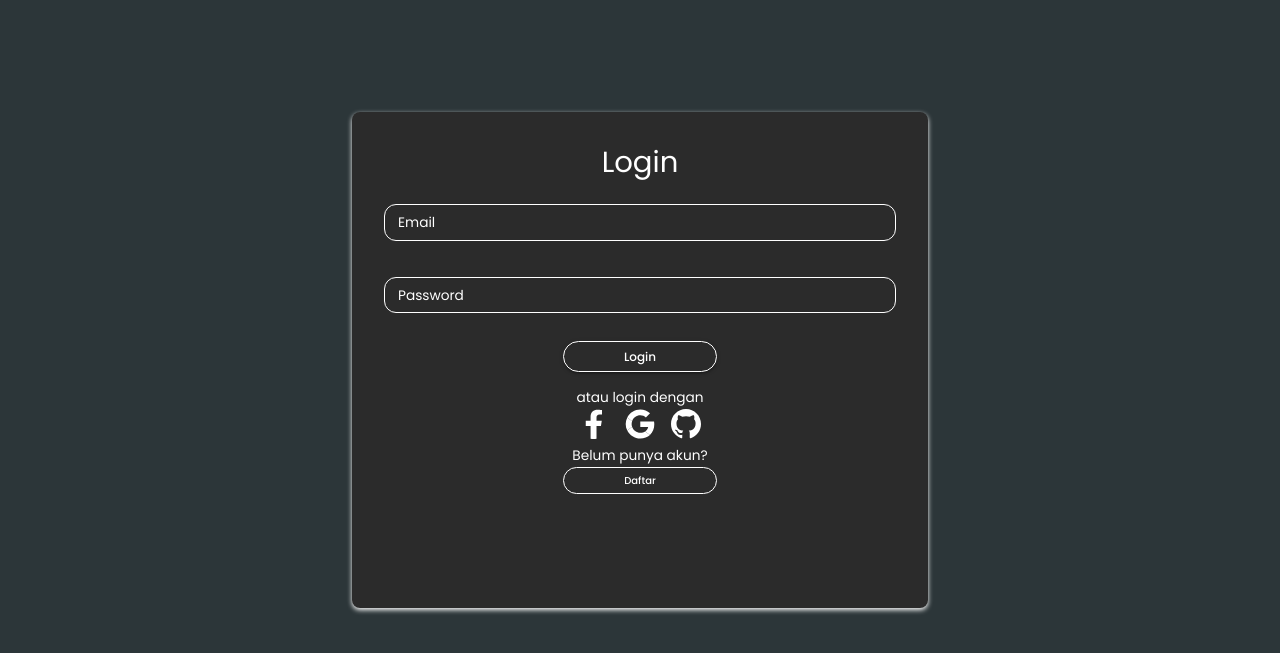
Repository: IzzaSuni/Izza-ToDo
Page: /login
These files come from the project's save history. The page is drawn as it stood at one moment and after the next save; the edit follows.
The browser window is 1280 px wide. The pictures show the whole page.
The project was rebuilt for these pictures with package versions that can differ from the ones it lists, and the page was loaded fresh each time. Also part of the build but not shown: src/App.css, src/services.js, src/utils/Query.js, src/utils/isLogin.js, src/components/List.js, src/components/Filter.js, src/components/ohayo.js, src/components/navbar.js and 2 more.

Above is the page before, as saved 2022-08-19 20:25:56.

### public/index.html
<!DOCTYPE html>
<html lang="en">
  <head>
    <meta charset="utf-8" />
    <link rel="icon" href="%PUBLIC_URL%/AKU.svg" />
    <meta name="viewport" content="width=device-width, initial-scale=1" />
    <meta name="theme-color" content="#000000" />
    <meta name="description" />
    <link rel="apple-touch-icon" href="%PUBLIC_URL%/logo192.png" />
    <!--
      manifest.json provides metadata used when your web app is installed on a
      user's mobile device or desktop. See https://developers.google.com/web/fundamentals/web-app-manifest/
    -->
    <link rel="manifest" href="%PUBLIC_URL%/manifest.json" />
    <!--
      Notice the use of %PUBLIC_URL% in the tags above.
      It will be replaced with the URL of the `public` folder during the build.
      Only files inside the `public` folder can be referenced from the HTML.

      Unlike "/favicon.ico" or "favicon.ico", "%PUBLIC_URL%/favicon.ico" will
      work correctly both with client-side routing and a non-root public URL.
      Learn how to configure a non-root public URL by running `npm run build`.
    -->
    <title>My Notes</title>
  </head>
  <body>
    <noscript>You need to enable JavaScript to run this app.</noscript>
    <div id="root"></div>
    <!--
      This HTML file is a template.
      If you open it directly in the browser, you will see an empty page.

      You can add webfonts, meta tags, or analytics to this file.
      The build step will place the bundled scripts into the <body> tag.

      To begin the development, run `npm start` or `yarn start`.
      To create a production bundle, use `npm run build` or `yarn build`.
    -->
  </body>
</html>

### src/index.js
import React from "react";
import ReactDOM from "react-dom/client";
import "./index.css";
import App from "./App";
import reportWebVitals from "./reportWebVitals";
import { ThemeProvider } from "@mui/material";
import Theme from "./utils/Theme";
const root = ReactDOM.createRoot(document.getElementById("root"));
root.render(
  <ThemeProvider theme={Theme}>
    <React.StrictMode>
      <App />
    </React.StrictMode>
  </ThemeProvider>
);

// If you want to start measuring performance in your app, pass a function
// to log results (for example: reportWebVitals(console.log))
// or send to an analytics endpoint. Learn more: https://bit.ly/CRA-vitals
reportWebVitals();

### src/index.css
@import url("https://fonts.googleapis.com/css2?family=Poppins:ital,wght@0,100;0,200;0,300;0,400;0,500;0,600;0,700;0,800;0,900;1,100;1,200;1,300;1,400;1,500;1,600;1,700;1,800;1,900&display=swap");
body {
  margin: 0;
  font-family: "Poppins", -apple-system, BlinkMacSystemFont, "Segoe UI",
    "Roboto", "Oxygen", "Ubuntu", "Cantarell", "Fira Sans", "Droid Sans",
    "Helvetica Neue", sans-serif;
  -webkit-font-smoothing: antialiased;
  -moz-osx-font-smoothing: grayscale;
  font-smooth: antialiased;
  box-sizing: border-box;
  background-color: #2c3639;
}
button[type="button"] {
  font-size: 10px;
}
svg {
  font-size: 16px !important;
}
code {
  font-family: source-code-pro, Menlo, Monaco, Consolas, "Courier New",
    monospace;
}
#cok:focus-within {
  box-shadow: 0px 1px 0px rgba(0, 0, 0, 0.555);
  transition: all 0.2s;
}
#cok,
#edit {
  box-shadow: 0px;
  transition: all 0.6s;
}
input {
  color: white !important;
  font-family: poppins;
}
textarea {
  color: white !important;
  font-family: poppins;
}
input:-webkit-autofill,
input:-webkit-autofill:hover,
input:-webkit-autofill:focus,
input:-webkit-autofill:active {
  -webkit-box-shadow: 0 0 0 30px #e7f6f2 inset !important;
  box-shadow: 0 0 0 30px #e7f6f2 inset !important;
}
input:disabled {
  -webkit-text-fill-color: black !important;
}
textarea:disabled {
  -webkit-text-fill-color: black !important;
}
#edit:focus-visible {
  box-shadow: 0px 1px 0px rgba(0, 0, 0, 0.555);
  transition: all 0.2s;
}
input#searchBar {
  padding: 4px 8px;
}

.grid {
  display: grid;
  gap: 10px;
  grid-template-columns: repeat(auto-fill, minmax(120px, 1fr));
  grid-template-rows: masonry;
}

.my-masonry-grid {
  display: -webkit-box; /* Not needed if autoprefixing */
  display: -ms-flexbox; /* Not needed if autoprefixing */
  display: flex;
  width: auto;
}
.my-masonry-grid_column {
  /* padding-left: 5px; gutter size */
  background-clip: padding-box;
}

/* Style your items */
.my-masonry-grid_column > div {
  /* change div to reference your elements you put in <Masonry> */
  margin-bottom: 10px;
}

::-webkit-scrollbar {
  width: 6px;
  height: 2px;
}

::-webkit-scrollbar-track {
  box-shadow: inset 0 0 10px transparent;
  border-radius: 10px;
}

/* Handle */
::-webkit-scrollbar-thumb {
  border: 2px solid rgba(0, 0, 0, 0);
  background-clip: padding-box;
  border-radius: 10px;
  background-color: #303030;
}

.shadow {
  box-shadow: 0px 2px 5px white;
}
.MuiPopover-paper {
  background: #2b2b2b !important;
  box-shadow: 0px 2px 5px white !important;
}

/* responsive=============================================================================== */
#mainContainer {
  display: block;
  height: 100vh;
}
@media (max-width: 900px) {
  #mainForm {
    display: none;
  }
  #ohayoSmall {
    text-align: center;
    position: sticky;
    width: 100vw;
  }
  #ohayoBig {
    display: none;
  }

  #listForm {
    width: 100%;
  }
  #buttonAddNotes {
    position: sticky;
    bottom: 0;
    width: 100vw;
    height: 52px !important;
    text-align: center;
    border-radius: 16px 16px 0 0;
  }
}
@media (min-width: 900px) {
  #buttonAddNotes {
    display: none;
  }
  #mainContainer {
    display: block;
  }
  #ohayoSmall {
    display: none;
  }
}

#loginButton:hover {
  background: transparent !important;
}

### src/App.js
import "./App.css";
import Layout from "./components/Layout";
import MainPage from "./components/MainPage";
import { BrowserRouter as Router, Switch, Route } from "react-router-dom";
import Login from "./components/Login";
import CreateAccount from "./components/CreateAccount";

function App({}) {
  return (
    <div className="App">
      <Router>
        <Switch>
          <Route exact path="/publicNote">
            <Layout>
              <MainPage />
            </Layout>
          </Route>
          <Route path={"/login"}>
            <Layout>
              <Login />
            </Layout>
          </Route>
          <Route path={"/signUp"}>
            <Layout>
              <CreateAccount />
            </Layout>
          </Route>
          <Route exact path={"/publicNote/Private"}>
            <Layout>
              <MainPage />
            </Layout>
          </Route>
          <Route path="*">
            <main style={{ padding: "1rem" }}>
              <p>There's nothing here!</p>
            </main>
          </Route>
        </Switch>
      </Router>
    </div>
  );
}

export default App;

### src/utils/Theme.js
import { green } from "@mui/material/colors";
import { createTheme, ThemeProvider } from "@mui/material/styles";

export const background = "#FCE7E7";
export const Black = "#303030";
export const Green = "#E7F634";
export const Disable = "#97A8A8";

export const Screensize = {
  mobile: 0,
  tablet: 900,
  laptop: 1350,
  desktop: 1700,
};

export const colors = {
  background,
  Black,
  Green,
  Disable,
};
export const theme = createTheme({
  breakpoints: {
    values: {
      mobile: 0,
      tablet: 900,
      laptop: 1350,
      desktop: 1700,
    },
  },
  typography: {
    fontFamily: "Poppins",
    fontSize: 12,
    allVariants: {
      color: "white ",
    },
  },
  components: {
    MuiButton: {
      styleOverrides: {
        root: {
          textTransform: "none",
          fontFamily: "Poppins !important",
        },
      },
    },
  },
});

export default theme;

### src/components/Layout.js
import { Box } from "@mui/material";

const Layout = ({ children }) => {
  return (
    <Box
      height={"100vh"}
      width={`calc("100vw - 32px")`}
      display={"flex"}
      alignItems={"center "}
    >
      {children}
    </Box>
  );
};
export default Layout;

### src/components/Login.js
import { Box, Typography } from "@mui/material";
import { makeStyles } from "@mui/styles";
import { useState } from "react";
import { UseDoLogIn } from "../services";
import Input from "./Input";
import { getAuth, signInWithEmailAndPassword } from "firebase/auth";
import { getFirestore } from "firebase/firestore";
import Cookies from "universal-cookie";
import { useHistory } from "react-router-dom";
import Img from "./Img";

const firebaseConfig = {
  apiKey: "AIzaSyAjZX0rIvNdmRXab8sDlkjihku_Bh4y0jg",
  authDomain: "notes-9e77e.firebaseapp.com",
  projectId: "notes-9e77e",
  storageBucket: "notes-9e77e.appspot.com",
  messagingSenderId: "518427613842",
  appId: "1:518427613842:web:af718e1b48a3b7972be44b",
  measurementId: "G-4QZVSNXS15",
};

const useStyles = makeStyles({
  card: {
    height: "60vh",
    width: "40vw",
    background: "#2B2B2B",
    borderRadius: "8px",
    padding: "32px",
  },
  container: {
    height: "100vh",
    width: "100vw",
    display: "flex",
    justifyContent: "center",
    alignItems: "center",
  },
});

export default function Login(prop) {
  const history = useHistory();
  const classes = useStyles();
  const [msg, setMsg] = useState({ type: "", msg: "" });
  const [loading, setLoading] = useState(false);
  const db = getFirestore();
  const auth = getAuth();

  //check if signed

  const signed = prop.signed;
  if (!signed) {
    localStorage.clear();
  } else {
    history.push("/publicNote");
  }

  //generateErr
  const generateErrEmail = (content, type) => {
    if (type === "email") {
      if (content.length === 0) return " ";
      else if (content[content.indexOf("@") + 1] === undefined)
        return "format e-mail salah";
      else if (content.length > 0 && content.indexOf("@") === -1)
        return "format e-mail salah";
      else return " ";
    } else {
      if (content.length === 0) return "";
      if (content.length > 0 && content.length < 6)
        return "minimal password 8 karakter";
      else return " ";
    }
  };

  //handleSubmit
  const submit = (e) => {
    setLoading(true);
    e.preventDefault();
    const email = e.target[0].value;
    const password = e.target[2].value;
    signInWithEmailAndPassword(auth, email, password)
      .then((e) => {
        const cookies = new Cookies();
        cookies.set("akikToken", e._tokenResponse.idToken, {
          path: "/",
          maxAge: 43200,
        });
        setMsg({ type: "success", msg: "berhasil login" });
        setLoading(false);
        history.push(`/publicNote/Private?user=${e.user.displayName}`);
      })
      .catch((err) => {
        if (err.code === "auth/wrong-password")
          setMsg({ msg: "Maaf email atau password salah 👀", type: "error" });
        if (err.code === "auth/user-not-found")
          setMsg({ msg: "Maaf user tidak ditemukan 👀", type: "error" });
        setLoading(false);
        return err;
      });
  };

  //handleChangeE
  const handleChangeE = (e) => {
    const helperE = document.getElementById("helperEmail");
    const msg = generateErrEmail(e.target.value, "email");
    if (msg === "e-mail sesuai format") helperE.style.color = "green";
    else {
      helperE.style.color = "yellow ";
    }
    helperE.innerHTML = msg;
  };

  //handleChangeE
  const handleChangeU = (e) => {
    const helperE = document.getElementById("helperEmail");
    const msg = generateErrEmail(e.target.value, "email");
    if (msg === "e-mail sesuai format") helperE.style.color = "green";
    else {
      helperE.style.color = "yellow ";
    }
    helperE.innerHTML = msg;
  };

  //handleChangeP
  const handleChangeP = (e) => {
    const helperP = document.getElementById("helperPass");
    const msg = generateErrEmail(e.target.value, "pass");
    if (msg === "sukses") helperP.style.color = "green";
    else {
      helperP.style.color = "yellow ";
    }
    helperP.innerHTML = msg;
  };

  //return
  return (
    <Box className={classes.container}>
      <Box className={`${classes.card} shadow`}>
        <Typography textAlign="center" variant={"h4"}>
          Login
        </Typography>
        <Box marginY={3}>
          <form onSubmit={submit}>
            <Box>
              <Input
                type="email"
                label={"Email"}
                inputType="text"
                hdlChange={handleChangeE}
              />
              <Box height={"12px"} mt={1} pl="14px">
                <Typography id="helperEmail"></Typography>
              </Box>
            </Box>

            <Box mt={2}>
              <Input
                type="email"
                label="Password"
                inputType={"password"}
                hdlChange={handleChangeP}
              />
              <Box height={"12px"} my={1} pl="14px">
                <Typography id="helperPass" />
              </Box>
            </Box>
            <Box display="flex" justifyContent={"center"} pb={2}>
              <Input
                type={"buttonLoading"}
                loading={loading}
                className={{ width: "30%" }}
              >
                Login
              </Input>
            </Box>
            <Box>
              <Typography textAlign={"center"}>atau login dengan</Typography>
            </Box>
            <Box display="inline-flex" justifyContent={"center"} width='100%' >
              <Img src="/facebook.svg" px={"8px"} />
              <Img src="/google.svg" px={"8px"} />
              <Img src="/Github.svg" px={"8px"} />
            </Box>
            <Typography textAlign={"center"}>Belum punya akun?</Typography>
            <Box display="flex" justifyContent={"center"}>
              <Input
                type={"buttonCustom"}
                loading={loading}
                className={{ width: "30%" }}
              >
                Daftar
              </Input>
            </Box>
          </form>
        </Box>
        <Typography textAlign="center">{msg.msg}</Typography>
      </Box>
    </Box>
  );
}

### src/components/Input.js
import { makeStyles } from "@mui/styles";
import {
  Box,
  Button,
  FormControl,
  InputAdornment,
  InputBase,
  InputLabel,
  MenuItem,
  Select,
  TextField,
  Typography,
} from "@mui/material";
//icons
import EditIcon from "@mui/icons-material/Edit";
import DeleteIcon from "@mui/icons-material/Delete";
import ClearIcon from "@mui/icons-material/Clear";
import DoneIcon from "@mui/icons-material/Done";
import { useState } from "react";
import { LoadingButton } from "@mui/lab";

const useStyles = makeStyles({
  paper: {
    height: "100%",
    width: "20%",
    background: "#E7F6F2 !important",
    borderRadius: "16px",
    overflow: "auto",
  },
  paperList: {
    height: "100%",
    width: "80%",
    flexWrap: "wrap",
    background: "#CEE5D0 !important",
    overflow: "auto",
  },
  Button: {
    "&.MuiButton-root": {
      textTransform: "none !important",
      color: "white",
      background: "transparent ",
      borderRadius: "32px",
      border: "1px solid white",
      padding: "4px 16px",
      "&:hover": {
        background: "#693737",
        color: "white ",
      },
      "&:active": {
        background: "#693737",
        color: "white ",
      },
      "& .MuiLoadingButton-loadingIndicator": {
        color: "white !important",
      },
      "&.Mui-disabled": {
        color: "rgba(255, 255, 255, 0.541)",
      },
    },
  },
  TextField: {
    "&:hover fieldset": {
      borderColor: "#100F0F !important",
      color: "white",
    },
    "& label.Mui-focused": {
      color: "white",
    },
    "& fieldset": {
      borderColor: "white !important",
    },
    "&.Mui-focused fieldset": {
      borderColor: "white !important",
    },
    "& .MuiOutlinedInput-root": {
      borderRadius: "12px !important",
      color: "white",
    },
  },
  TextFields: {
    "& .MuiInputBase-input": {
      padding: "0px !important",
      borderBottom: "1px white dashed !important",
      width: "100%",
    },
  },
  login: {
    "&:hover fieldset": {
      borderColor: "white !important",
    },
    "& label.Mui-focused": {
      color: "black",
    },
    "& fieldset": {
      borderColor: "white !important",
    },
    "&.Mui-focused fieldset": {
      borderColor: "white !important",
    },
    "& .MuiOutlinedInput-root": {
      borderRadius: "12px !important",
    },
  },
  form: {
    justifytitle: "space-between",
    width: ` 100% `,
    marginTop: "32px",
  },
  editForm: { width: "100%", display: "flex", padding: "0px 8px" },
  smallBox: {
    height: "10px",
    width: "10px",
    marginRight: "32px",
    borderRadius: "16px",
    paddingLeft: "16px",
    border: "1px dashed black",
  },
  Menu: {
    "&.MuiMenu-list": {
      background: "#2B2B2B",
      borderRadius: "12px",
      padding: "16px",
      width: "250px",
    },
    "& .MuiMenuItem-root": {
      padding: "0px",
    },
  },
});

export default function Input({
  type,
  select,
  hdlChange,
  children,
  defVal,
  hdlEdit,
  onClickBtn,
  color,
  className,
  label,
  placeholder,
  inputType,
  loading,
  maxchar,
  isdisabled,
  icon,
  id,
}) {
  const [anchorEl, setAnchorEl] = useState(null);

  const renderButton = ({ value, type }) => {
    return type === "delete" ? (
      value.isedit ? (
        <>
          <DoneIcon />
        </>
      ) : (
        <>
          <DeleteIcon />
        </>
      )
    ) : value.isedit ? (
      <>
        <ClearIcon sx={{ ml: 1 }} />
      </>
    ) : (
      <>
        <EditIcon sx={{ ml: 1 }} />
      </>
    );
  };

  const classes = useStyles();
  const renderInput = () => {
    switch (type) {
      case "text":
        return (
          <TextField
            size={"small"}
            label={"Title"}
            placeholder="Type the title here"
            className={classes.TextField}
            required
            inputProps={{ maxLength: "20" }}
            sx={{ width: "100%", marginBottom: 3 }}
          />
        );
      case "email":
        return (
          <TextField
            size={"small"}
            label={label}
            placeholder={label}
            className={classes.login}
            type={inputType}
            inputProps={{ maxLength: maxchar }}
            InputProps={icon}
            sx={{
              width: "100%",
              marginBottom: 3,
              "&.MuiFormControl-root": {
                marginBottom: 0,
              },
              "& .Mui-focused": {
                color: "white !important",
              },
            }}
            onChange={hdlChange}
          />
        );
      case "multiline":
        return (
          <TextField
            label={"Description"}
            size={"medium"}
            placeholder="Type the description here"
            className={classes.TextField}
            multiline
            sx={{ width: "100%", marginBottom: 3, borderRadius: 12 }}
          />
        );
      case "select":
        return (
          <FormControl
            fullWidth
            className={`${classes.TextField} `}
            sx={{
              marginBottom: "24px",
            }}
            id="kontol"
          >
            <InputLabel id="catLabel">Select Category</InputLabel>
            <Select
              id="catuu"
              label="Select Category"
              onChange={hdlChange}
              defaultChecked={false}
              required
              className={`${classes.Menu}`}
            >
              <MenuItem value={"Reminder"} disabled>
                Select a category
              </MenuItem>
              <MenuItem value={"Work"}>Work</MenuItem>
              <MenuItem value={"To do"}>To do</MenuItem>
              <MenuItem value={"Money"}>Money</MenuItem>
              <MenuItem value={"Reminder"}>Reminder</MenuItem>
              <MenuItem value={"Assignment"}>Task</MenuItem>
              <MenuItem value={"Study"}>Study</MenuItem>
            </Select>
          </FormControl>
        );

      case "button":
        return (
          <Button
            disableRipple
            type="submit"
            variant="contained"
            className={classes.Button}
            sx={className}
          >
            {children}
          </Button>
        );
      case "buttonLoading":
        return (
          <LoadingButton
            disableRipple
            type="submit"
            variant="contained"
            loading={loading}
            className={classes.Button}
            sx={className}
            disabled={isdisabled}
            loadingPosition="end"
          >
            {children}
          </LoadingButton>
        );
      case "buttonCustom":
        return (
          <Button
            disableRipple
            type="button"
            onClick={onClickBtn}
            className={`${classes.Button}`}
            id={id}
            style={className}
          >
            {children}
          </Button>
        );

      case "editTitle":
        return (
          <InputBase
            defaultValue={defVal.title}
            onChange={hdlEdit}
            className={classes.TextFields}
            disabled={defVal.isedit === true ? false : true}
            sx={{
              fontSize: "16px !important",
            }}
          />
        );
      case "editDesc":
        return (
          <InputBase
            sx={{
              width: "100%",
              padding: "0px !important",
              mt: 2,
              lineHeight: "18px",
            }}
            defaultValue={defVal.desc}
            onChange={hdlEdit}
            className={classes.TextFields}
            disabled={defVal.isedit === true ? false : true}
            multiline
          />
        );
      case "divider":
        return (
          <Box
            height={"1px"}
            width="100%"
            bgcolor={"#CEE5D0"}
            mx={2}
            variant="middle"
            alignSelf={"center "}
          />
        );
      default:
        break;
    }
  };
  return renderInput();
}

### src/components/Img.js
import { Box } from "@mui/system";

const Img = ({ width = "30px", height = "30px", src,px }) => {
  return (
    <Box>
      <img
        src={process.env.PUBLIC_URL + src}
        style={{ height: height, width: width, padding: `0 ${px}` }}
        alt={src}
      />
    </Box>
  );
};

export default Img;

Loaded but not shown: src/reportWebVitals.js (common file)

After the next save:
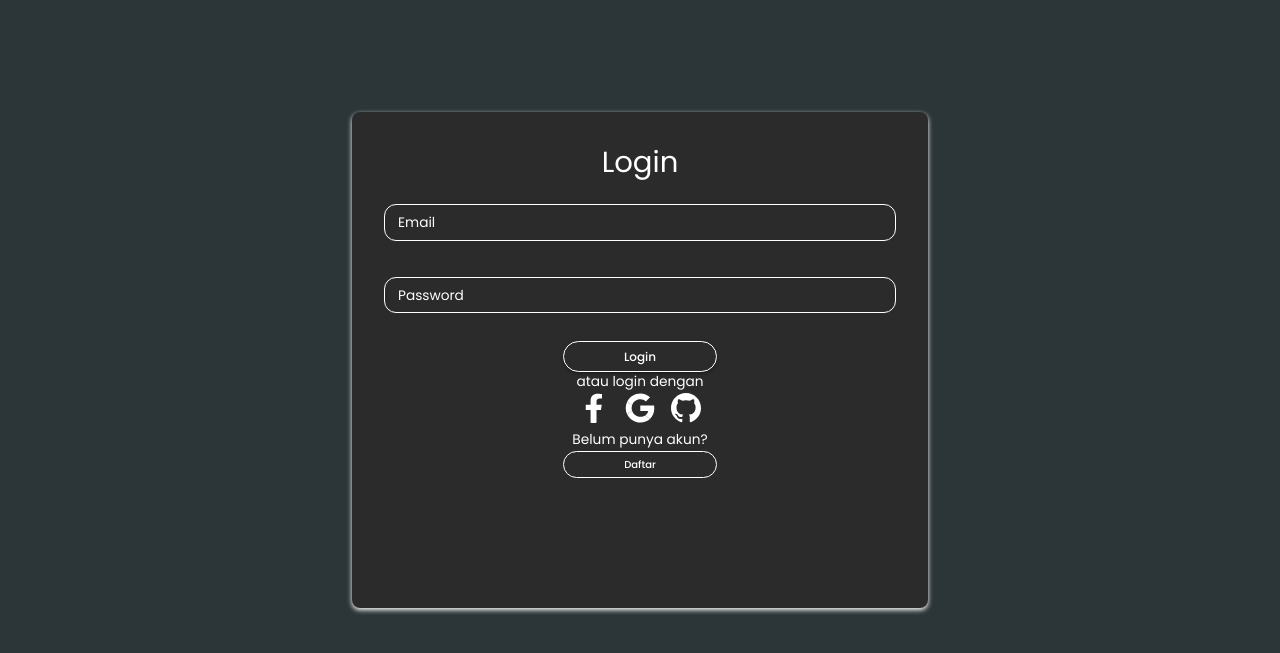
Saved 12 s later.
--- a/src/components/Login.js
+++ b/src/components/Login.js
@@ -162,7 +162,7 @@ export default function Login(prop) {
                 <Typography id="helperPass" />
               </Box>
             </Box>
-            <Box display="flex" justifyContent={"center"} pb={2}>
+            <Box display="flex" justifyContent={"center"}  >
               <Input
                 type={"buttonLoading"}
                 loading={loading}
